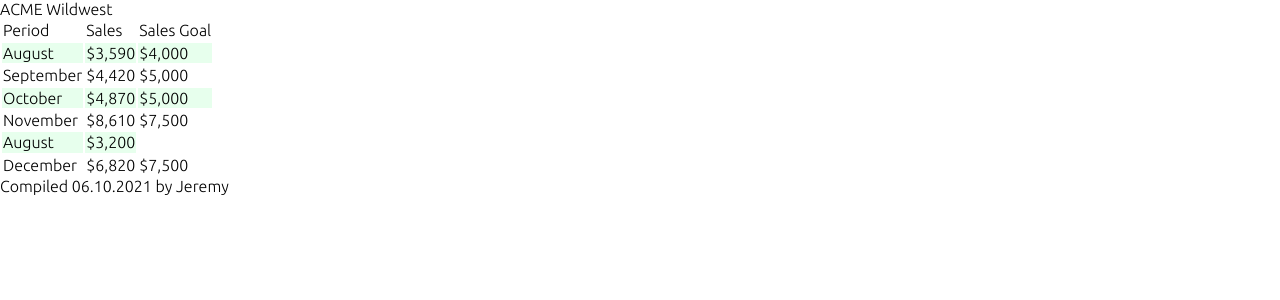
Repository: jknudsen97/jknudsen97.github.io
Page: W08 Activity/tablebuild.html
These files come from the project's save history. The page is drawn as it stood at one moment and after the next save; the edit follows.
The browser window is 1280 px wide. The pictures show the whole page.

Above is the page before, as saved 2021-06-10 14:07:10.

After the next save:
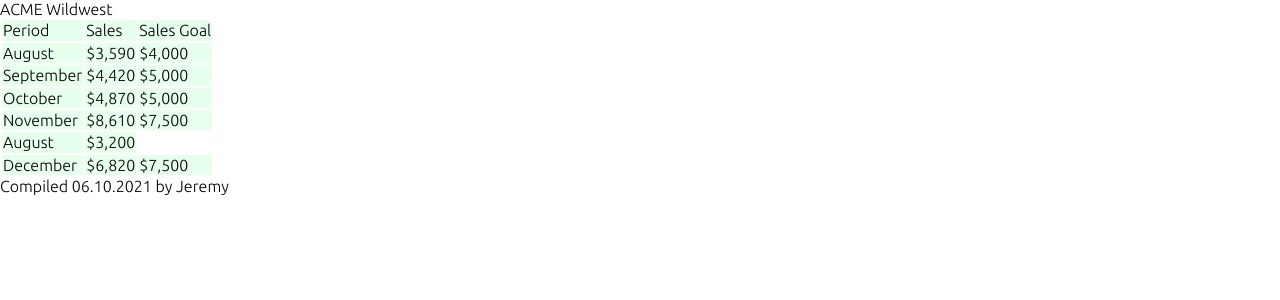
Saved 33 s later.
--- a/W08 Activity/css/main.css
+++ b/W08 Activity/css/main.css
@@ -6,6 +6,6 @@
     font-family: 'Ubuntu', sans-serif;
 }
 
-tr:nth-child(2n){
+tr:nth-child(1n){
     background-color: #e7ffed;
   }
